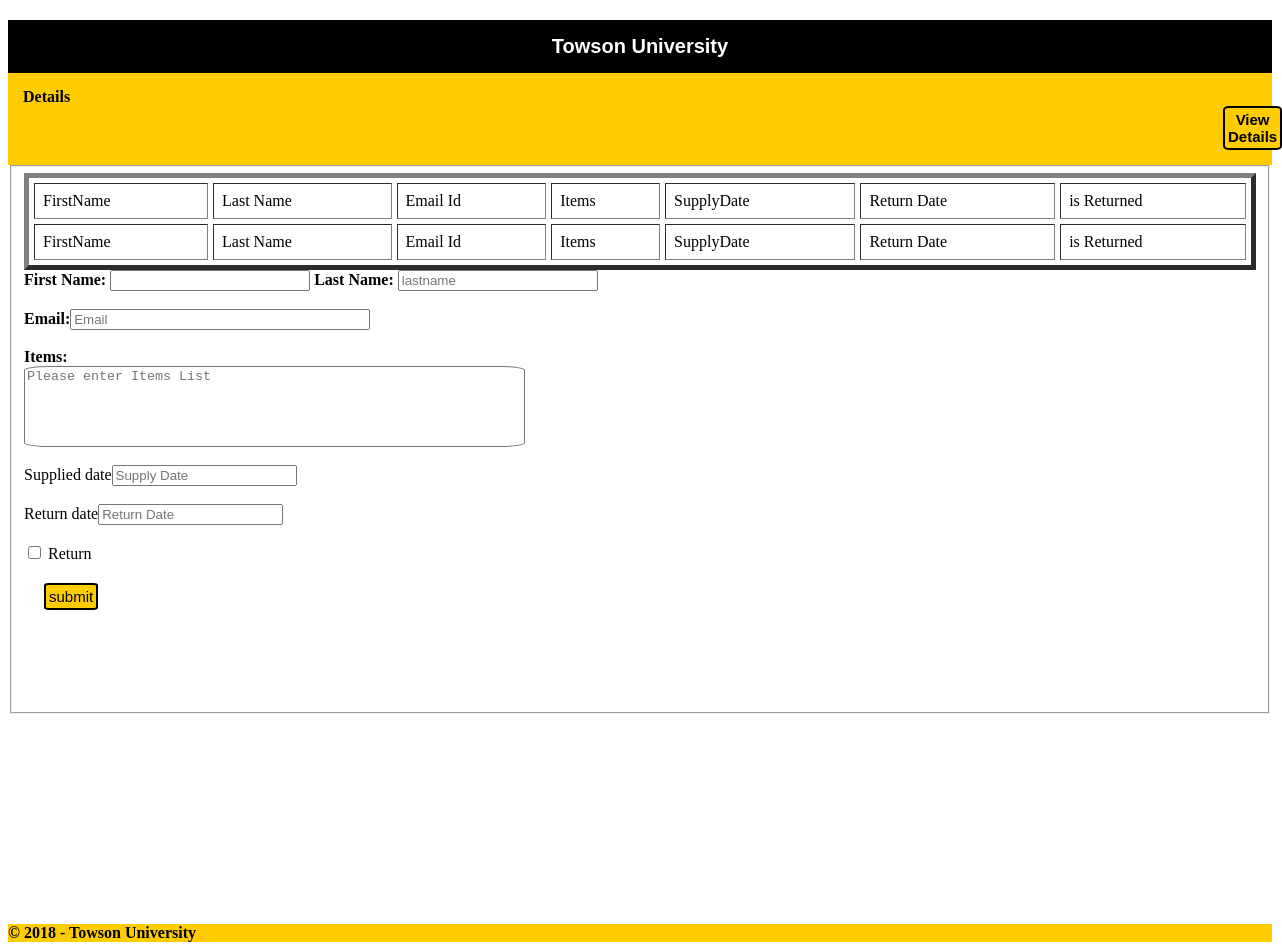
Repository: DatabaseCOSC578/eclipse-workspace11
Page: http://localhost/Supervisor/Supervisorshow.jsp
An editor plug-in stored every save of this project. The page is shown before and after the next save, followed by the edit.
The browser window is 1280 px wide. The page is 1282 px wide, so the pictures cover 1282 px, including what lies to the right of the window. The pictures show the whole page.
The page is served by Tomcat 9. Other server files are loaded and not shown.

Above is the page before, as saved 2018-04-16 03:12:54.

### Supervisor/WebContent/Supervisorshow.jsp
<html>
<head>
    <link href="css/layout1.css" rel="stylesheet">
</head>
<body>
<header><center>Towson University</center></header>
<form name="inputdetails" action="store" method="post" id="form1">
<div><b>Details</b>


<button id ="b1" type="submit" formaction="Supervisorshow.jsp">View Details</button>


</div>
<fieldset>

<TABLE  BORDER="5" colspan="2"  WIDTH="100%"   CELLPADDING="8" CELLSPACING="5">
   <TR>
      <TD>FirstName</TD>
      <TD>Last Name</TD>
      <TD>Email Id</TD>
      <TD>Items</TD>
      <TD>SupplyDate</TD>
      <TD>Return Date</TD>
      <TD>is Returned </TD>
   </TR>

   <TR>
      <TD>FirstName</TD>
      <TD>Last Name</TD>
      <TD>Email Id</TD>
      <TD>Items</TD>
      <TD>SupplyDate</TD>
      <TD>Return Date</TD>
      <TD>is Returned </TD>
   </TR>
</TABLE>









<b>First Name:</b> <input type=text style="width: 200px;" name="fname "> <b>Last Name:</b> <input type=text style="width: 200px;" name="lname " placeholder="lastname"><br><br>
<b>Email:</b><input type=text style="width: 300px; align:center;" name="custname" placeholder="Email "><br><br>
<b>Items:</b></br>
<textarea rows="5" cols="60"  maxlength="260" name="items" placeholder="Please enter Items List">
</textarea> <br><br>

Supplied date<input type=text name="sdate" placeholder="Supply Date" ><br><br>
Return date<input type=text name="rdate" placeholder="Return Date" ><br><br>
<input type="checkbox" name="return" value="1"> Return<br>
<input type=submit value=submit> <br><br><br><br><br>
</fieldset>
</form>
</body>
<footer> &copy 2018 - Towson University</footer>
</html>

### Supervisor/WebContent/css/layout1.css
header {
	position: relative;
	color: #FFFFFF;
	font-family: sans-serif;
	font-size: 20px;
	text-align:left;
	background-color: #000000;
	margin: 20;
	margin-left:0;
	margin-bottom:0;
	margin-right:0;

	padding: 15;
	font-weight:700;
}

div {
	background-color: #fc0;
	margin: 0;
	margin-top:0;
	padding: 15;
}

#fs {
	margin-top: 5;
	border: solid;
}

footer {
	font-weight: 800;
	text-color: solid #000000;
	background-color: #fc0;
	margin-top: 210;
}
textarea{
	resize:none;
	border-radius:5%;
}
input[type="submit"] {
	align:center;
	margin: 20px;
	background-color: #fc0;
	padding: 3;
	text-align:center;
	text-weight: 700;
	border: solid 2px;
	font-size: 15;
	border-radius: 9%;
}
input[type="submit"]:hover {
	cursor:pointer;
}

#abc{
align:center;
margin-left:800;
}

#b1 {
		align:center;
	margin-left: 1200;
	background-color: #fc0;
	padding: 3;
	text-align:center;
	text-weight: 700;
	border: solid 2px;
	font-size: 15;
	font-weight:700;
	border-radius: 9%;
	position:relative;
}

#b1:hover {
	cursor:pointer;
}

After the next save:
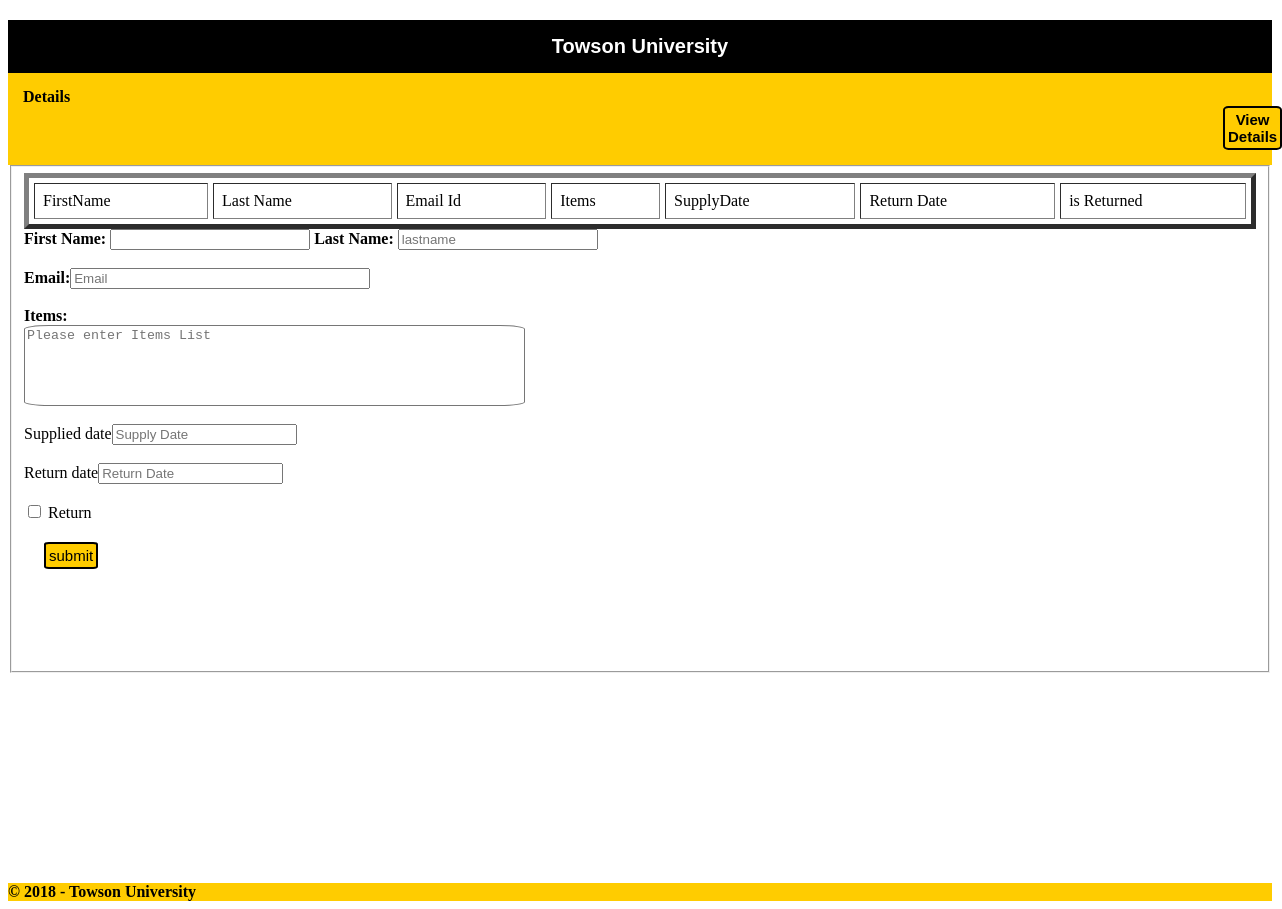
Saved 21 s later.
--- a/Supervisor/WebContent/Supervisorshow.jsp
+++ b/Supervisor/WebContent/Supervisorshow.jsp
@@ -15,16 +15,6 @@
 <fieldset>
 
 <TABLE  BORDER="5" colspan="2"  WIDTH="100%"   CELLPADDING="8" CELLSPACING="5">
-   <TR>
-      <TD>FirstName</TD>
-      <TD>Last Name</TD>
-      <TD>Email Id</TD>
-      <TD>Items</TD>
-      <TD>SupplyDate</TD>
-      <TD>Return Date</TD>
-      <TD>is Returned </TD>
-   </TR>
-
    <TR>
       <TD>FirstName</TD>
       <TD>Last Name</TD>
